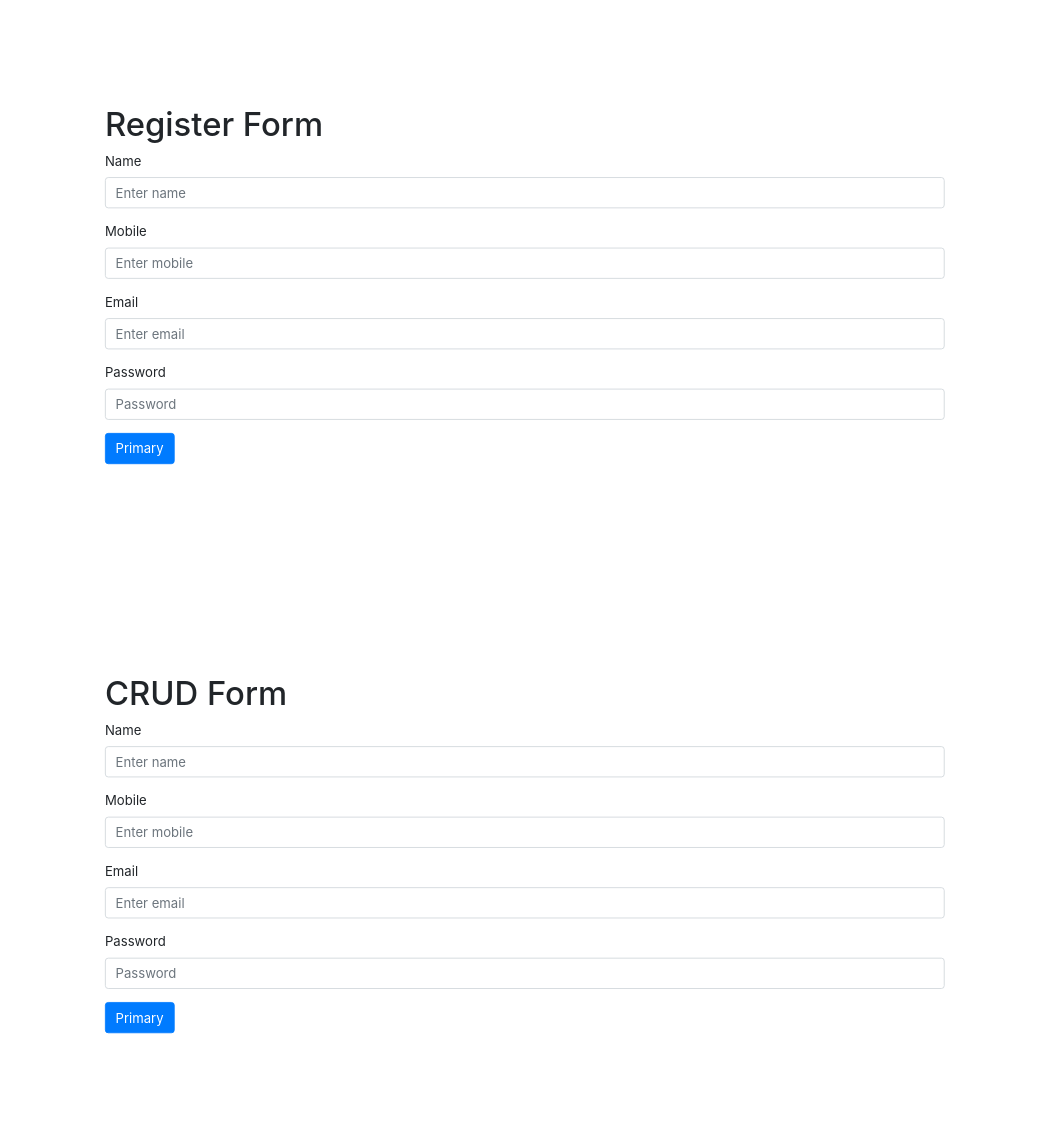
Repository: lalji-yadav/Register-Login-and-CRUD-using-token-and-Without-token-based
Page: /
An editor plug-in stored every save of this project. The page is shown before and after the next save, followed by the edit.
The browser window is 1280 px wide. The pictures show the whole page, at 82% of full size.
The project was rebuilt for these pictures with package versions that can differ from the ones it lists, and the page was loaded fresh each time. Also part of the build but not shown: src/App.css, src/auth/login.js.

Above is the page before, as saved 2021-02-01 18:51:57.

### src/App.js
import logo from './logo.svg';
import './App.css';
import Login from "./auth/login";
import Register from "./auth/register";
import Reg from "./components/reg";
import {
  BrowserRouter as Router,
  Switch,
  Route
} from "react-router-dom";

function App() {
  return (
    <div>
      <Router>
        <Switch>
           <Route path="/" component={Register} />
           <Route path="/login" component={Login} />
        </Switch>
      </Router>
       {/* <Register /> */}
       {/* <Login /> */}
       <Reg />
    </div>
  );
}

export default App;

### src/auth/register.js
import React from 'react';
import {Form,Button} from 'react-bootstrap';

const Register = () => {
    return (
        <div style={{padding:"10%"}}>
           <h1> Register Form </h1>
            <Form>
                <Form.Group controlId="formBasicEmail">
                    <Form.Label>Name</Form.Label>
                    <Form.Control type="text" placeholder="Enter name" />
                </Form.Group>

                <Form.Group controlId="formBasicPassword">
                    <Form.Label>Mobile</Form.Label>
                    <Form.Control type="text" placeholder="Enter mobile" />
                </Form.Group>

                <Form.Group controlId="formBasicEmail">
                    <Form.Label>Email</Form.Label>
                    <Form.Control type="text" placeholder="Enter email" />
                </Form.Group>

                <Form.Group controlId="formBasicPassword">
                    <Form.Label>Password</Form.Label>
                    <Form.Control type="password" placeholder="Password" />
                </Form.Group>


            </Form>

            <Button type="button" class="btn btn-primary">Primary</Button>
        </div>
    );
};

export default Register;

### src/components/reg.js
import React from 'react';
import {Form,Button} from 'react-bootstrap';

const Reg = () => {
    return (
        <div style={{padding:"10%"}}>
           <h1> CRUD Form </h1>
            <Form>
                <Form.Group controlId="formBasicEmail">
                    <Form.Label>Name</Form.Label>
                    <Form.Control type="text" placeholder="Enter name" />
                </Form.Group>

                <Form.Group controlId="formBasicPassword">
                    <Form.Label>Mobile</Form.Label>
                    <Form.Control type="text" placeholder="Enter mobile" />
                </Form.Group>

                <Form.Group controlId="formBasicEmail">
                    <Form.Label>Email</Form.Label>
                    <Form.Control type="text" placeholder="Enter email" />
                </Form.Group>

                <Form.Group controlId="formBasicPassword">
                    <Form.Label>Password</Form.Label>
                    <Form.Control type="password" placeholder="Password" />
                </Form.Group>


            </Form>

            <Button type="button" class="btn btn-primary">Primary</Button>
        </div>
    );
};

export default Reg;

Loaded but not shown: public/index.html (common file); src/index.js (common file); src/index.css (common file); src/reportWebVitals.js (common file)

After the next save:
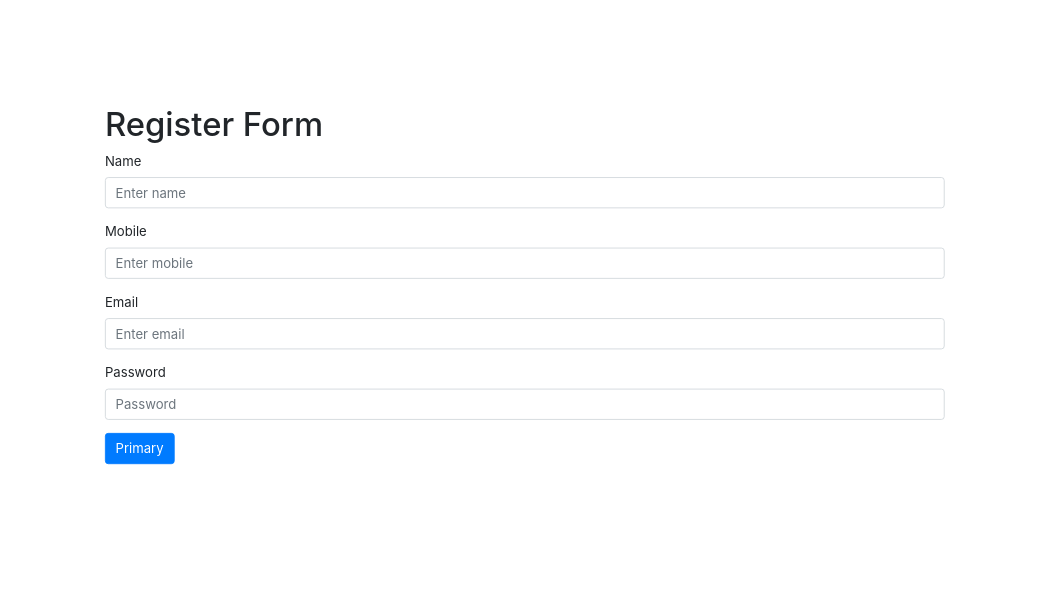
Saved 35 s later.
--- a/src/App.js
+++ b/src/App.js
@@ -20,7 +20,7 @@ function App() {
       </Router>
        {/* <Register /> */}
        {/* <Login /> */}
-       <Reg />
+       {/* <Reg /> */}
     </div>
   );
 }
